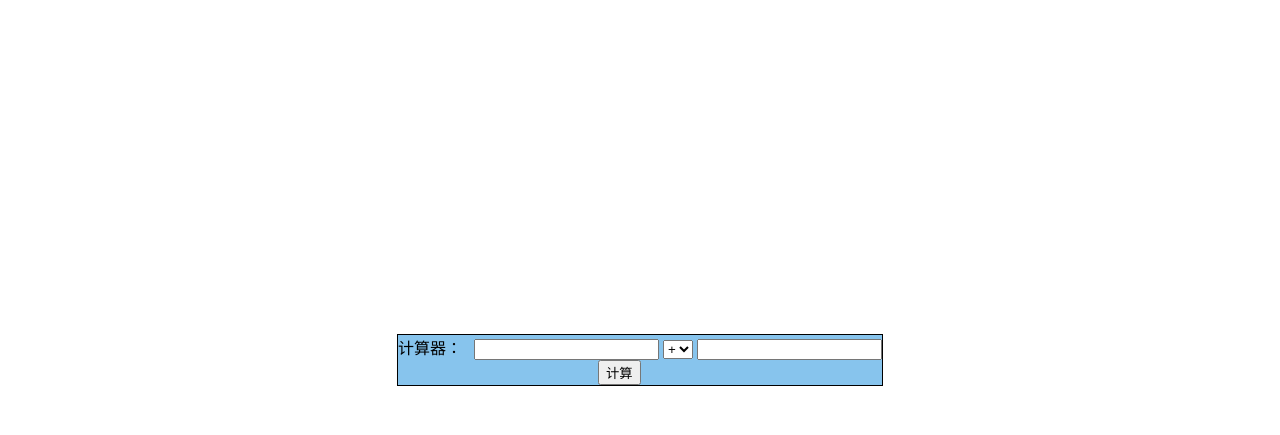
Repository: guirui-li/StudyJavaWeb
Page: http://localhost/JavawebTest/experiment05/table.jsp
The author's editor kept a copy of each file at every save. The page is drawn from the files as they stood at one save, then again after the next save.
The browser window is 1280 px wide. The pictures show the whole page.
The page is served by Tomcat 9.

Above is the page before, as saved 2019-05-03 07:13:21.

After the next save:
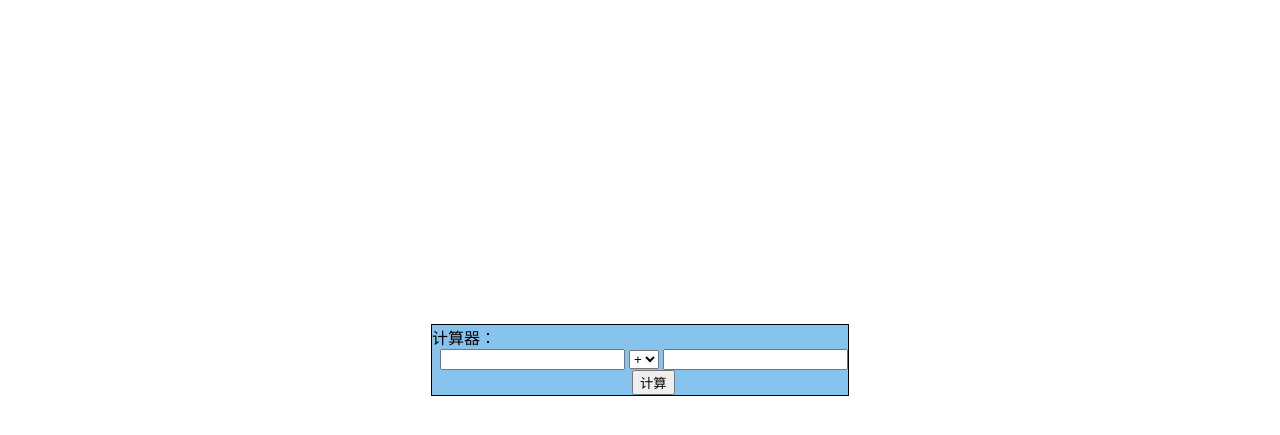
Saved 12 s later.
--- a/JavawebTest/WebContent/experiment05/table.jsp
+++ b/JavawebTest/WebContent/experiment05/table.jsp
@@ -23,7 +23,7 @@
 </head>
 <body>
 		<form action="/JavawebTest/TableServlet" method="get" id="form1">
-			计算器：
+			计算器：<br>
 			<label>&nbsp;
 				<input type="text" name="number1"/>
 			</label>
